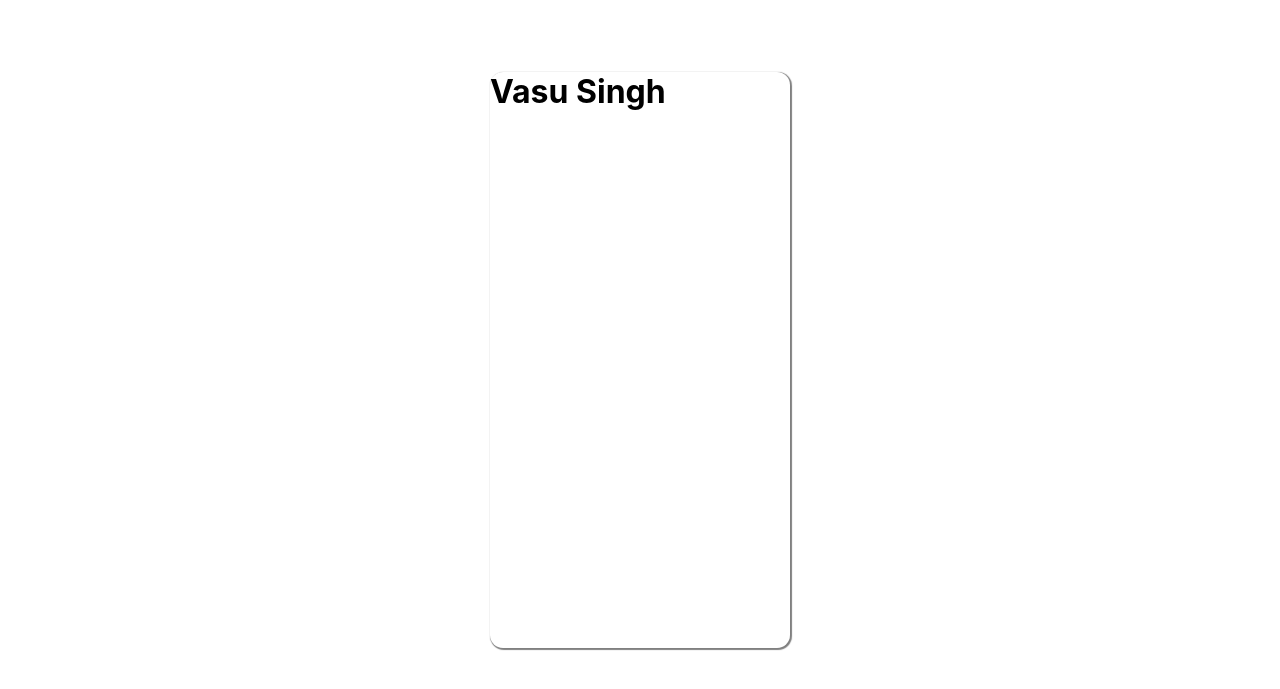
Repository: vasucp1207/grid-port
Page: /about
The author's editor kept a copy of each file at every save. The page is drawn from the files as they stood at one save, then again after a run of saves.
The browser window is 1280 px wide. The pictures show the whole page.
Some web fonts or font styles are not loaded; a fallback is used. The project was rebuilt for these pictures with package versions that can differ from the ones it lists, and the page was loaded fresh each time. Also part of the build but not shown: src/pages/Home.js, src/pages/Projects.js.

Above is the page before, as saved 2022-08-16 21:58:46.

After the next 3 saves:
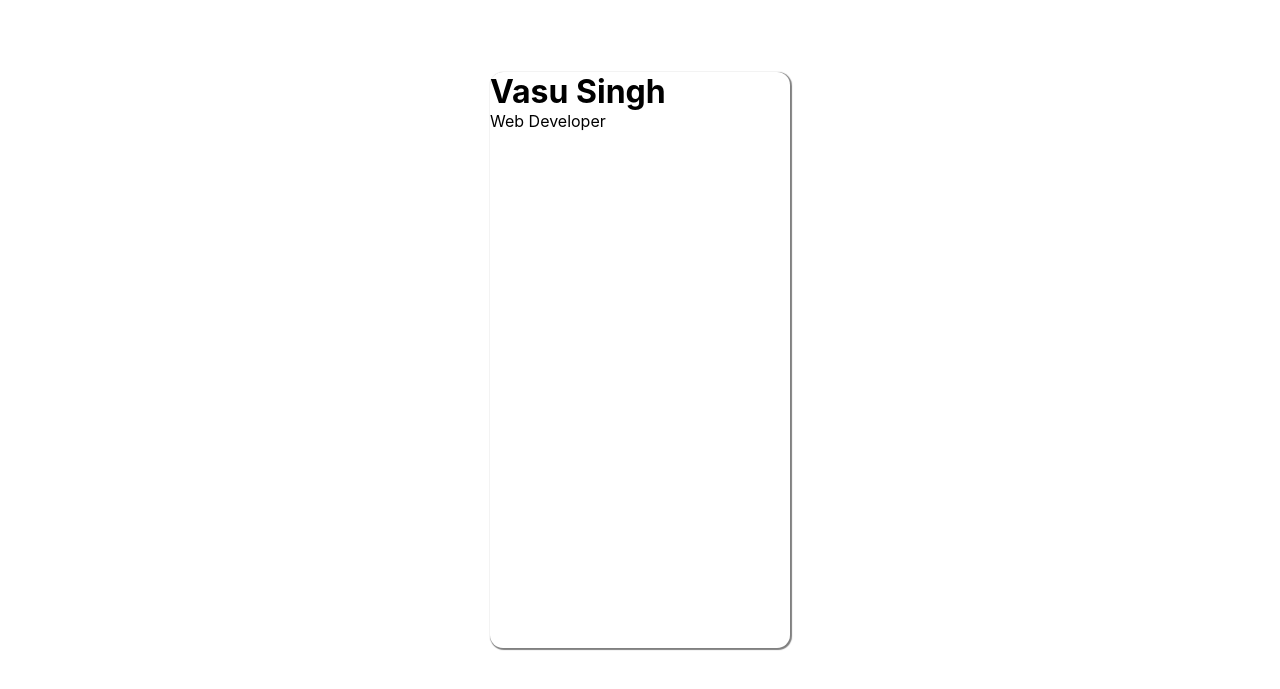
The 3 saves are shown as one change because they came seconds apart.
The last was saved 8 s later.
--- a/src/pages/AboutMe.js
+++ b/src/pages/AboutMe.js
@@ -30,7 +30,7 @@ function AboutMe() {
                     <Left>
                         <div class='avatar'></div>
                         <h1>Vasu Singh</h1>
-
+                        <div>Web Developer</div>
                     </Left>
                     <Right></Right>
                 </Comp>
